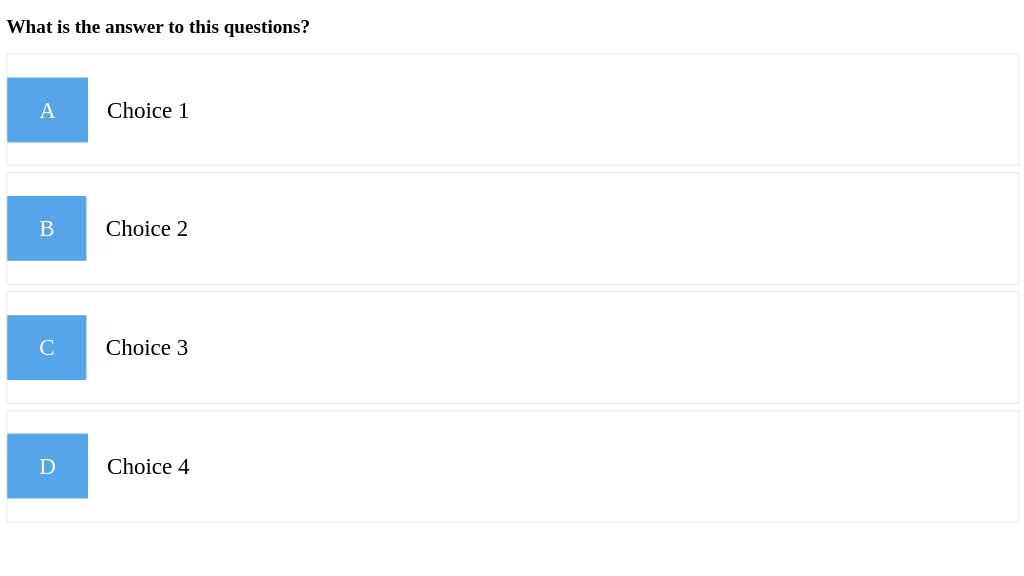
Repository: Q1ngQode/Briana-s-Quiz-App
Page: index.html
An editor plug-in stored every save of this project. The page is shown before and after the next save, followed by the edit.
The browser window is 1280 px wide. The pictures show the whole page, at 80% of full size.

Above is the page before, as saved 2022-08-08 22:39:47.

After the next save:
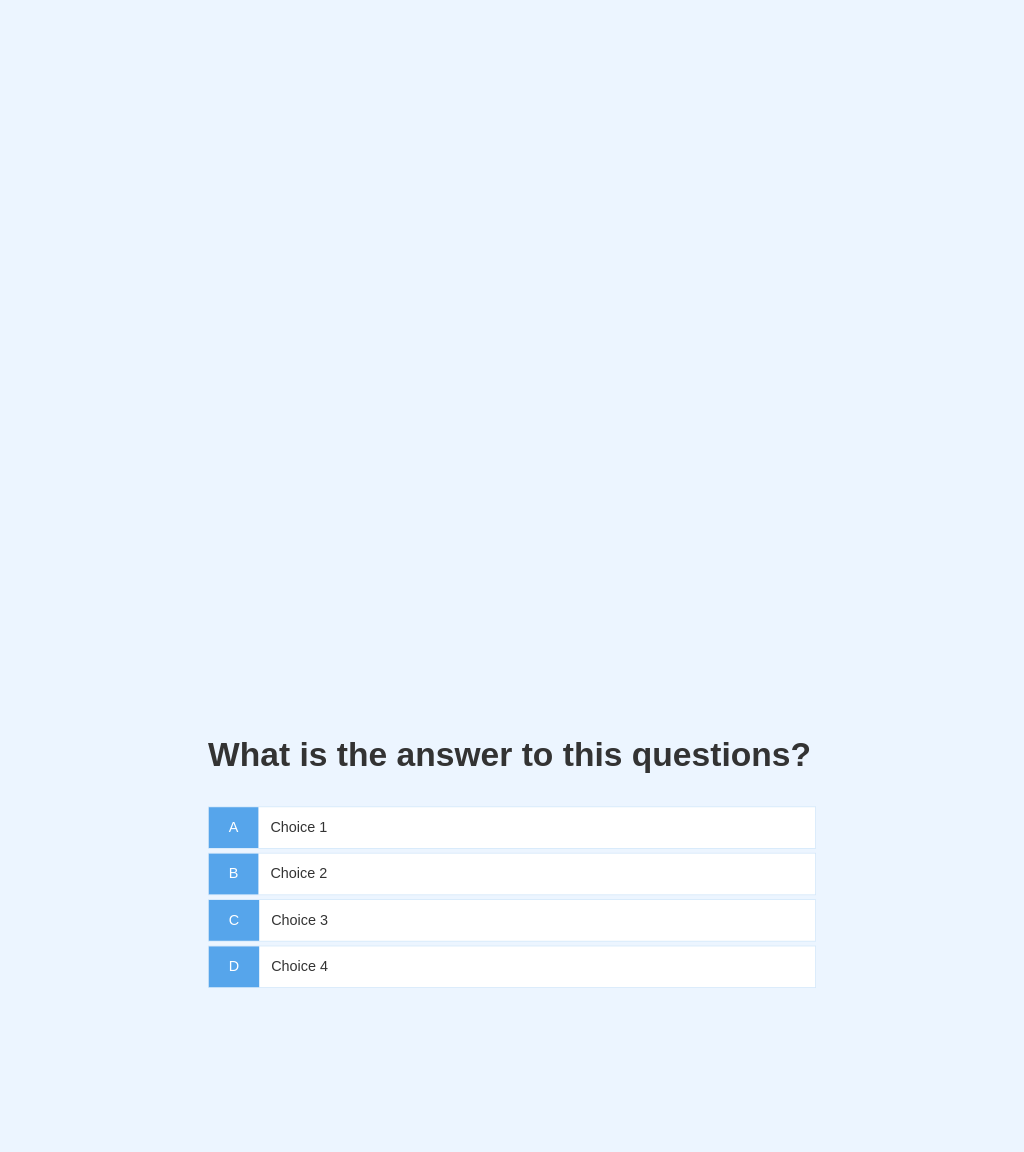
Saved 61 s later.
--- a/app.css
+++ b/app.css
@@ -1,4 +1,109 @@
+:root {
+    background-color: #ecf5ff;
+    font-size: 62.5%;
+  }
 
+  * {
+    box-sizing: border-box;
+    font-family: Arial, Helvetica, sans-serif;
+    margin: 0;
+    padding: 0;
+    color: #333;
+  }
+
+  h1,
+  h2,
+  h3,
+  h4 {
+    margin-bottom: 1rem;
+  }
+
+  h1 {
+    font-size: 5.4rem;
+    color: #56a5eb;
+    margin-bottom: 5rem;
+  }
+
+  h1 > span {
+    font-size: 2.4rem;
+    font-weight: 500;
+  }
+
+  h2 {
+    font-size: 4.2rem;
+    margin-bottom: 4rem;
+    font-weight: 700;
+  }
+
+  h3 {
+    font-size: 2.8rem;
+    font-weight: 500;
+  }
+
+  /* UTILITIES */
+
+  .container {
+    width: 100vw;
+    height: 100vh;
+    display: flex;
+    justify-content: center;
+    align-items: center;
+    max-width: 80rem;
+    margin: 0 auto;
+    padding: 2rem;
+  }
+
+  .container > * {
+    width: 100%;
+  }
+
+  .flex-column {
+    display: flex;
+    flex-direction: column;
+  }
+
+  .flex-center {
+    justify-content: center;
+    align-items: center;
+  }
+
+  .justify-center {
+    justify-content: center;
+  }
+
+  .text-center {
+    text-align: center;
+  }
+
+  .hidden {
+    display: none;
+  }
+
+  /* BUTTONS */
+  .btn {
+    font-size: 1.8rem;
+    padding: 1rem 0;
+    width: 20rem;
+    text-align: center;
+    border: 0.1rem solid #56a5eb;
+    margin-bottom: 1rem;
+    text-decoration: none;
+    color: #56a5eb;
+    background-color: white;
+  }
+
+  .btn:hover {
+    cursor: pointer;
+    box-shadow: 0 0.4rem 1.4rem 0 rgba(86, 185, 235, 0.5);
+    transform: translateY(-0.1rem);
+    transition: transform 150ms;
+  }
+
+  .btn[disabled]:hover {
+    cursor: not-allowed;
+    box-shadow: none;
+    transform: none;
+  }
 .choice-container {
     display: flex;
     margin-bottom: 0.5rem;
